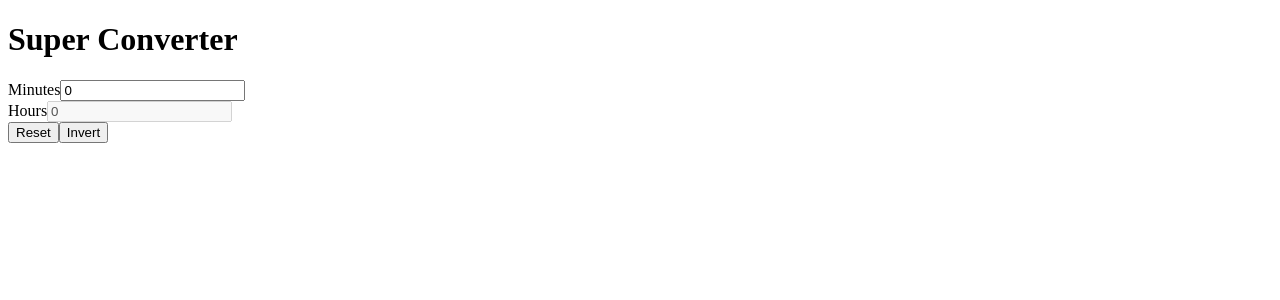
Repository: TaewookKwak/React
Page: index.html
An editor plug-in stored every save of this project. The page is shown before and after the next save, followed by the edit.
The browser window is 1280 px wide. The pictures show the whole page.

Above is the page before, as saved 2021-12-15 10:13:41.

After the next save:
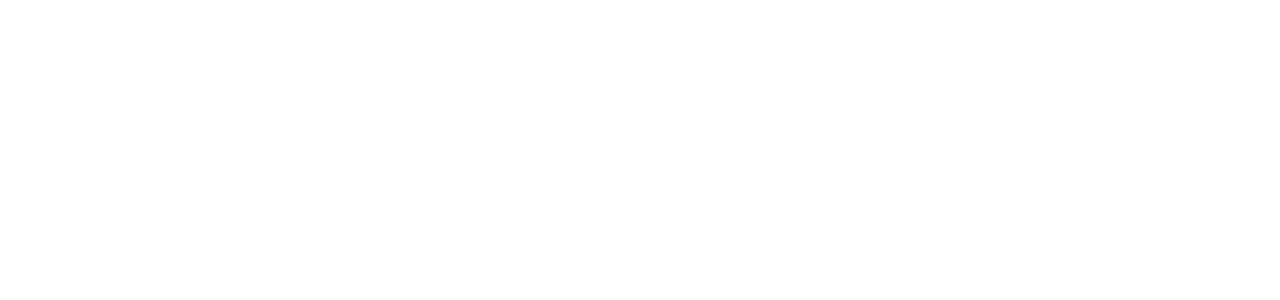
Console error (its wording comes from the project's code and is left out).
Saved 8 min 33 s later.
--- a/index.html
+++ b/index.html
@@ -8,7 +8,7 @@
   <script src="https://unpkg.com/@babel/standalone/babel.min.js"></script>
   <script type="text/babel">
     const root = document.querySelector("#root");
-    function App() {
+    function MinutesToHours() {
       const [amount, setAmount] = React.useState(0);
       const [flipped, setFlipped] = React.useState(true);
       const onChange = event => {
@@ -44,6 +44,10 @@
         </div>
       );
     }
+    function App() {
+      MinutesToHours();
+    }
+
     ReactDOM.render(<App />, root);
   </script>
 </html>

After the 3 saves that followed:
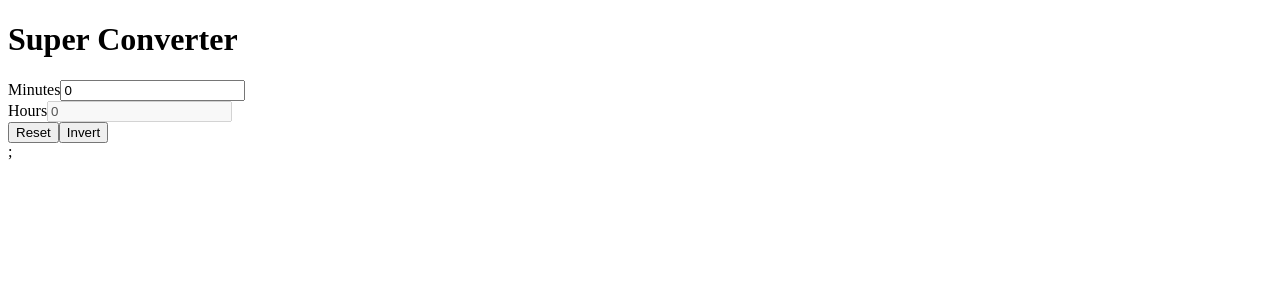
The error is gone.
The 3 saves are shown as one change because 2 left the picture as it was.
The last was saved 2 min 46 s later.
--- a/index.html
+++ b/index.html
@@ -18,7 +18,6 @@
       const onFlip = () => setFlipped(current => !current);
       return (
         <div>
-          <h1 className="h1">Super Converter</h1>
           <label htmlFor="minutes">Minutes</label>
           <input
             value={flipped ? amount : amount * 60}
@@ -45,7 +44,12 @@
       );
     }
     function App() {
-      MinutesToHours();
+      return (
+        <div>
+          <h1>Super Converter</h1>
+          <MinutesToHours />;
+        </div>
+      );
     }
 
     ReactDOM.render(<App />, root);
